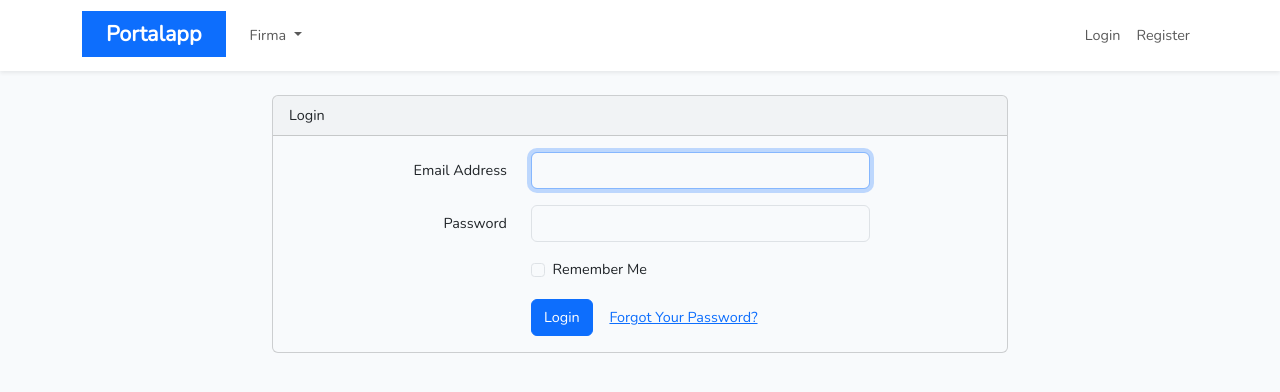
Repository: oguzhansade/portalapp
Page: http://localhost/login
An editor plug-in stored every save of this project. The page is shown before and after the next save, followed by the edit.
The browser window is 1280 px wide. The pictures show the whole page.
The page is served by the project's Laravel application, run on PHP 8.4 with Laravel 9. Style sheets and scripts are compiled from the project's sources, by tool versions that may differ from the author's.

Above is the page before, as saved 2023-06-22 22:13:03.

After the next save:
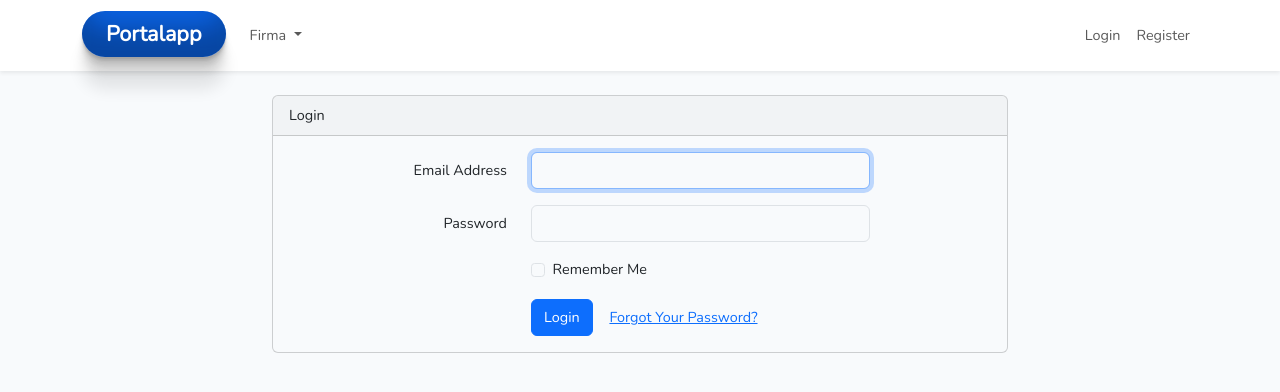
Saved 32 s later.
--- a/resources/views/layouts/app.blade.php
+++ b/resources/views/layouts/app.blade.php
@@ -15,7 +15,18 @@
     <link href="{{ asset('assets/vendors/material-icons/material-icons.css') }}" rel="stylesheet" type="text/css">
     <link href="{{ asset('assets/vendors/mono-social-icons/monosocialiconsfont.css') }}" rel="stylesheet" type="text/css">
     <link href="{{ asset('assets/vendors/feather-icons/feather.css') }}" rel="stylesheet" type="text/css">
-
+    <style>
+        .b-shadow {
+            box-shadow: rgba(0, 0, 0, 0.17) 0px -23px 25px 0px inset, rgba(0, 0, 0, 0.15) 0px -36px 30px 0px inset, rgba(0, 0, 0, 0.1) 0px -79px 40px 0px inset, rgba(0, 0, 0, 0.06) 0px 2px 1px, rgba(0, 0, 0, 0.09) 0px 4px 2px, rgba(0, 0, 0, 0.09) 0px 8px 4px, rgba(0, 0, 0, 0.09) 0px 16px 8px, rgba(0, 0, 0, 0.09) 0px 32px 16px;
+        }
+        .custom-font {
+            color: white;
+            font-weight: 700;
+        }
+        .rounded-custom {
+            border-radius: 35px;
+        }
+    </style>
     <!-- Scripts -->
     @vite(['resources/sass/app.scss', 'resources/js/app.js'])
     @yield('header')
